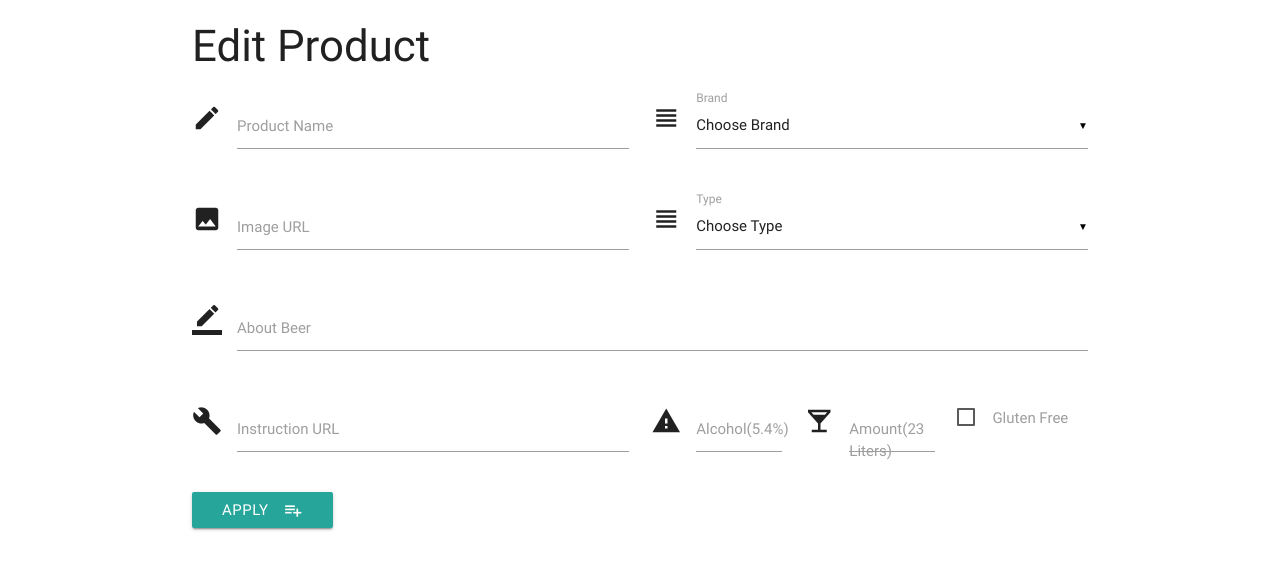
Repository: Leon2ev/lazy-brew
Page: templates/editproduct.html
The author's editor kept a record of every edit. The page is drawn from the files as they stood at one moment, then again after the next edit.
The browser window is 1280 px wide. The pictures show the whole page.
Some web libraries are served in a nearby version. The page is served by the project's application, run on Flask 3 (app.py). The template is opened directly, without the code that normally fills it, so the values that code supplies are empty.

Above is the page before.

### templates/editproduct.html
{% extends 'base.html' %}
{% block content %}
        <div class="container">
            <h3>Edit Product</h3>
            <div class="row">
                <form action="{{url_for('insert_product')}}" method="POST" class="add_product col s12">
                    <div class="row">
                        <div class="input-field col s12 l6">
                            <i class="material-icons prefix">create</i>
                            <input id="name" name="name" type="text" class="validate" value="{{product.name}}">
                            <label for="icon_prefix">Product Name</label>
                        </div>
                        <div class="input-field col s12 l6">
                            <i class="material-icons prefix">view_headline</i>
                            <select id="brand_id" name="brand_id">
                                <option value="" disabled selected>Choose Brand</option>
                                {% for brand in brands %}
                                    {% if brand.name == product.brand_name %}
                                        <option value={{brand.name}} selected >{{brand.name}}</option>
                                    {% else %}
                                        <option value={{brand.name}}>{{brand.name}}</option>
                                    {% endif %}
                                {% endfor %}
                            </select>
                            <label>Brand</label>
                        </div>
                    </div>
                    <div class="row">
                        <div class="input-field col s12 l6">
                            <i class="material-icons prefix">insert_photo</i>
                            <input id="image_url" name="image_url" type="text" class="validate" value="{{product.image_url}}">
                            <label for="icon_prefix">Image URL</label>
                        </div>
                        <div class="input-field col s12 l6">
                            <i class="material-icons prefix">view_headline</i>
                            <select id="type_id" name="type_id">
                                <option value="" disabled selected>Choose Type</option>
                                {% for type in types %}
                                    {% if type.name == product.type_name %}
                                        <option value="{{type.name}}" selected >{{type.name}}</option>
                                    {% else %}
                                        <option value="{{type.name}}">{{type.name}}</option>
                                    {% endif %}
                                {% endfor %}
                            </select>
                            <label>Type</label>
                        </div>
                    </div>
                    <div class="row">
                        <div class="input-field col s12">
                            <i class="material-icons prefix">border_color</i>
                            <input id="about" name="about" type="text" class="validate" value="{{product.about}}">
                            <label for="icon_prefix">About Beer</label>
                        </div>
                    </div>
                    <div class="row">
                        <div class="input-field col s12 l6">
                            <i class="material-icons prefix">build</i>
                            <input id="instruction" name="instruction" type="text" class="validate" value="{{product.instruction}}">
                            <label for="icon_prefix">Instruction URL</label>
                        </div>
                        <div class="input-field col s12 l2">
                            <i class="material-icons prefix">warning</i>
                            <input id="abv" name="abv" type="text" class="validate" value="{{product.abv}}">
                            <label for="icon_prefix">Alcohol(5.4%)</label>
                        </div>
                        <div class="input-field col s12 l2">
                            <i class="material-icons prefix">local_bar</i>
                            <input id="amount" name="amount" type="text" class="validate" value="{{product.amount}}">
                            <label for="icon_prefix">Amount(23 Liters)</label>
                        </div>
                        <div class="col s12 l2">
                            <p>
                                <input type="checkbox" id="gluten" name="gluten"/>
                                <label for="gluten">Gluten Free</label>
                            </p>
                        </div>
                    </div>
                    <div class="row">
                        <div class="col s12">
                            <button class="btn waves-effect waves-light" type="submit">Apply
                                <i class="material-icons right">playlist_add</i>
                            </button>
                        </div>
                    </div>
                </form>
            </div>
        </div>
{% endblock %}

### templates/base.html
<!DOCTYPE html>
<html lang="en">
    <head>
        <meta charset="UTF-8">
        <meta name="viewport" content="width=device-width, initial-scale=1.0">
        <meta http-equiv="X-UA-Compatible" content="ie=edge">

        <title>Document</title>

        <link href="https://fonts.googleapis.com/icon?family=Material+Icons" rel="stylesheet">
        <link rel="stylesheet" href="https://cdnjs.cloudflare.com/ajax/libs/materialize/0.100.2/css/materialize.min.css">
        <link rel="stylesheet" href="{{url_for('static', filename='css/style.css')}}" type="text/css" />
    </head>
    <body>
        {% block content %}{% endblock %}
        <script src="https://cdnjs.cloudflare.com/ajax/libs/jquery/3.2.1/jquery.min.js"></script>
        <script src="https://cdnjs.cloudflare.com/ajax/libs/materialize/0.100.2/js/materialize.min.js"></script>
        <script type="text/javascript">
            $(document).ready(function() {
                $('select').material_select();
            });
        </script>
    </body>
</html>

### app.py
import os
from flask import Flask, render_template, redirect, request, url_for
from flask_pymongo import PyMongo
from bson.objectid import ObjectId

app = Flask(__name__)

# Connection to MongoDB

app.config["MONGO_DBNAME"] = 'beer_brewing'
app.config["MONGO_URI"] = os.getenv('MONGO_URI', 'mongodb://localhost')

mongo = PyMongo(app)

# App routes ------------------------------------------------------------

@app.route('/')

# Product selection

@app.route('/get_products')
def get_products():
    return render_template("products.html",
    products=mongo.db.products.find())

# Add product

@app.route('/add_product')
def add_product():
    return render_template("addproduct.html",
    brands=mongo.db.brands.find(),
    types=mongo.db.types.find())

# Proceed inserted data to mongo

@app.route('/insert_product', methods=["POST"])
def insert_product():
    products=mongo.db.products
    products.insert_one(request.form.to_dict())
    return redirect(url_for('get_products'))

# Edit product

@app.route('/edit_product/<product_id>')
def edit_product(product_id):
    return render_template("editproduct.html",
    product=mongo.db.products.find_one({"_id": ObjectId(product_id)}),
    brands=mongo.db.brands.find(),
    types=mongo.db.types.find())

# Update product

@app.route('/update_product/<product_id>', methods=["POST"])
def update_product(product_id):
    products=mongo.db.products
    products.update({'_id': ObjectId(product_id)},
    {
        'name': request.form.get('name'),
        'brand_name': request.form.get('brand_name'),
        'image_url': request.form.get('image_url'),
        'type_name': request.form.get('type_name'),
        'about': request.form.get('about'),
        'abv': request.form.get('abv'),
        'amount': request.form.get('amount'),
        'instruction': request.form.get('instruction'),
        'gluten': request.form.get('gluten')
    })
    return redirect(url_for('get_products'))

# Single product description

@app.route('/get_description/<product_id>')
def get_description(product_id):
    return render_template("description.html",
    product=mongo.db.products.find_one({"_id": ObjectId(product_id)}))


if __name__ == "__main__":
    app.run(host=os.environ.get('IP'),
        port=int(os.environ.get('PORT')),
        debug=True)

Loaded but not shown: static/css/style.css (no copy from this time; the picture is the same without it)

After the next edit:
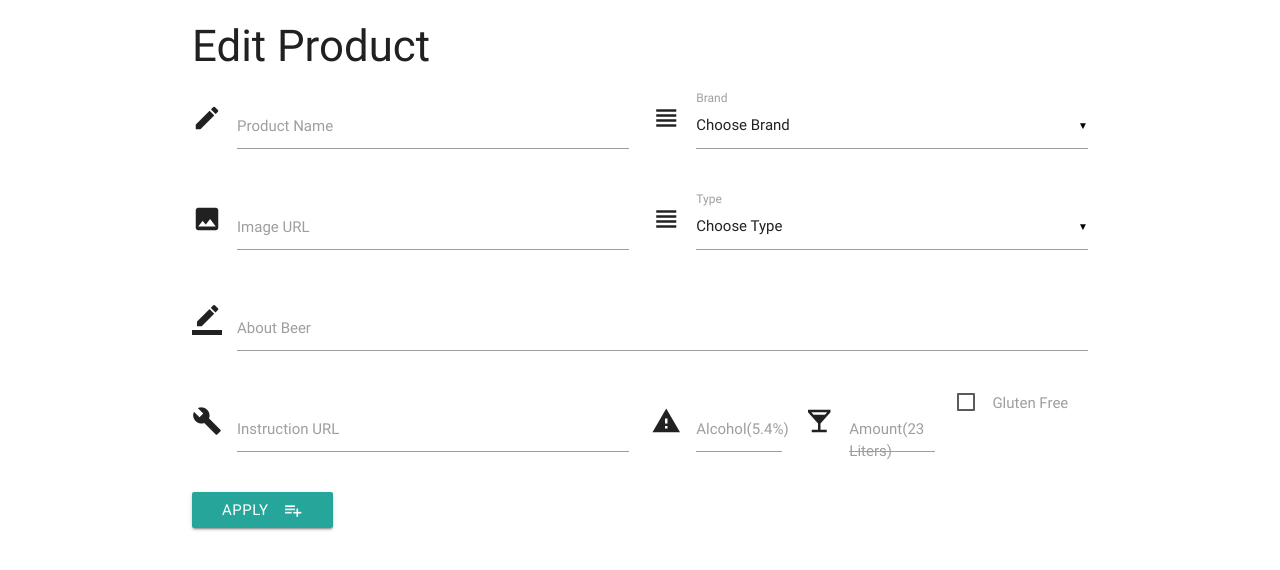
The edit:
--- a/templates/editproduct.html
+++ b/templates/editproduct.html
@@ -70,7 +70,7 @@
                             <label for="icon_prefix">Amount(23 Liters)</label>
                         </div>
                         <div class="col s12 l2">
-                            <p>
+
                                 <input type="checkbox" id="gluten" name="gluten"/>
                                 <label for="gluten">Gluten Free</label>
                             </p>
